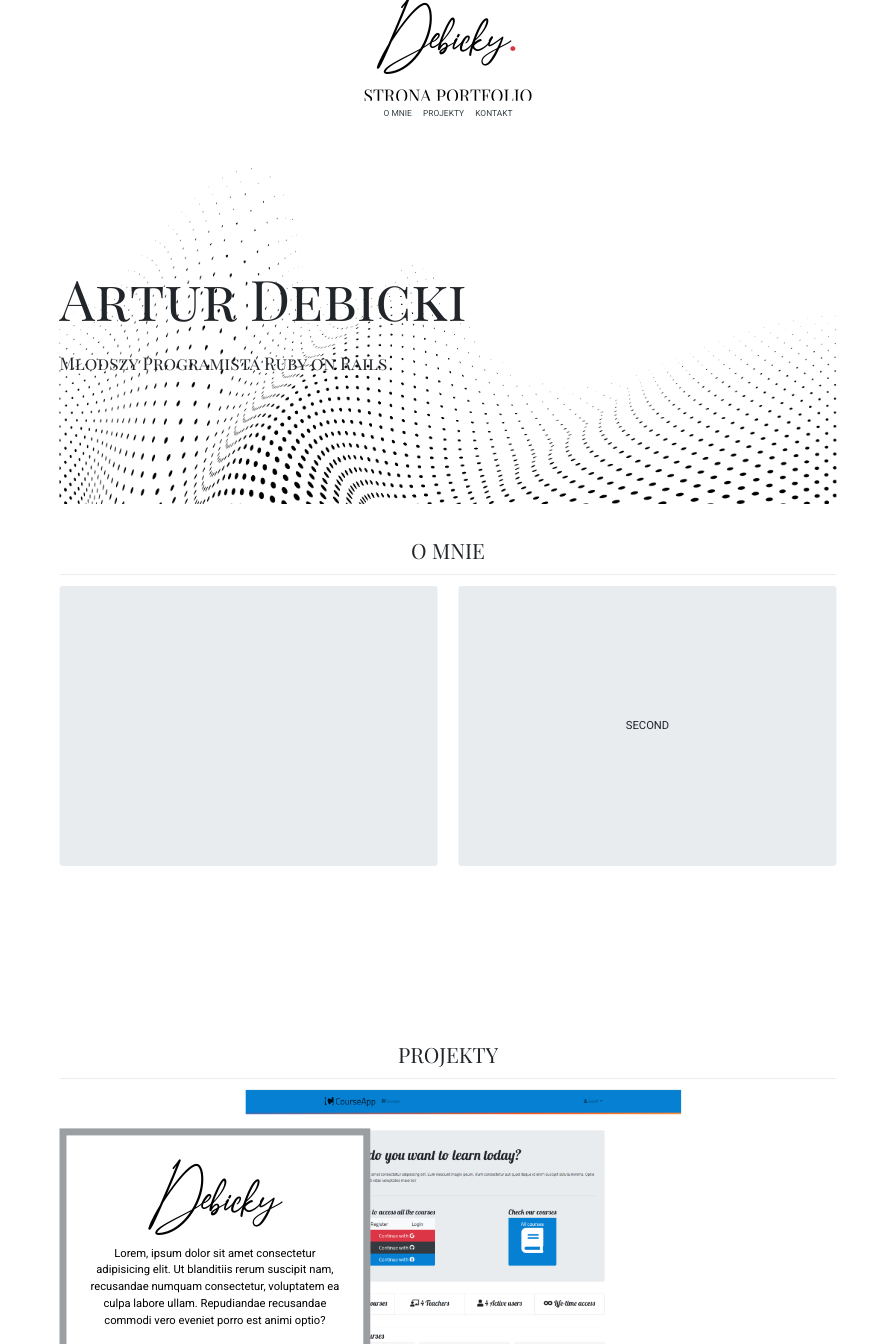
Repository: debicky/debicky.github.io
Page: index.html
These files come from the project's save history. The page is drawn as it stood at one moment and after a run of saves; the edit follows.
The browser window is 1280 px wide. The pictures show the part of the page from y = 0 to 1920 px (the page is 4287 px tall), at 70% of full size.
Some web libraries are served in a nearby version.

Above is the page before, as saved 2020-06-10 16:12:11.

After the next 2 saves:
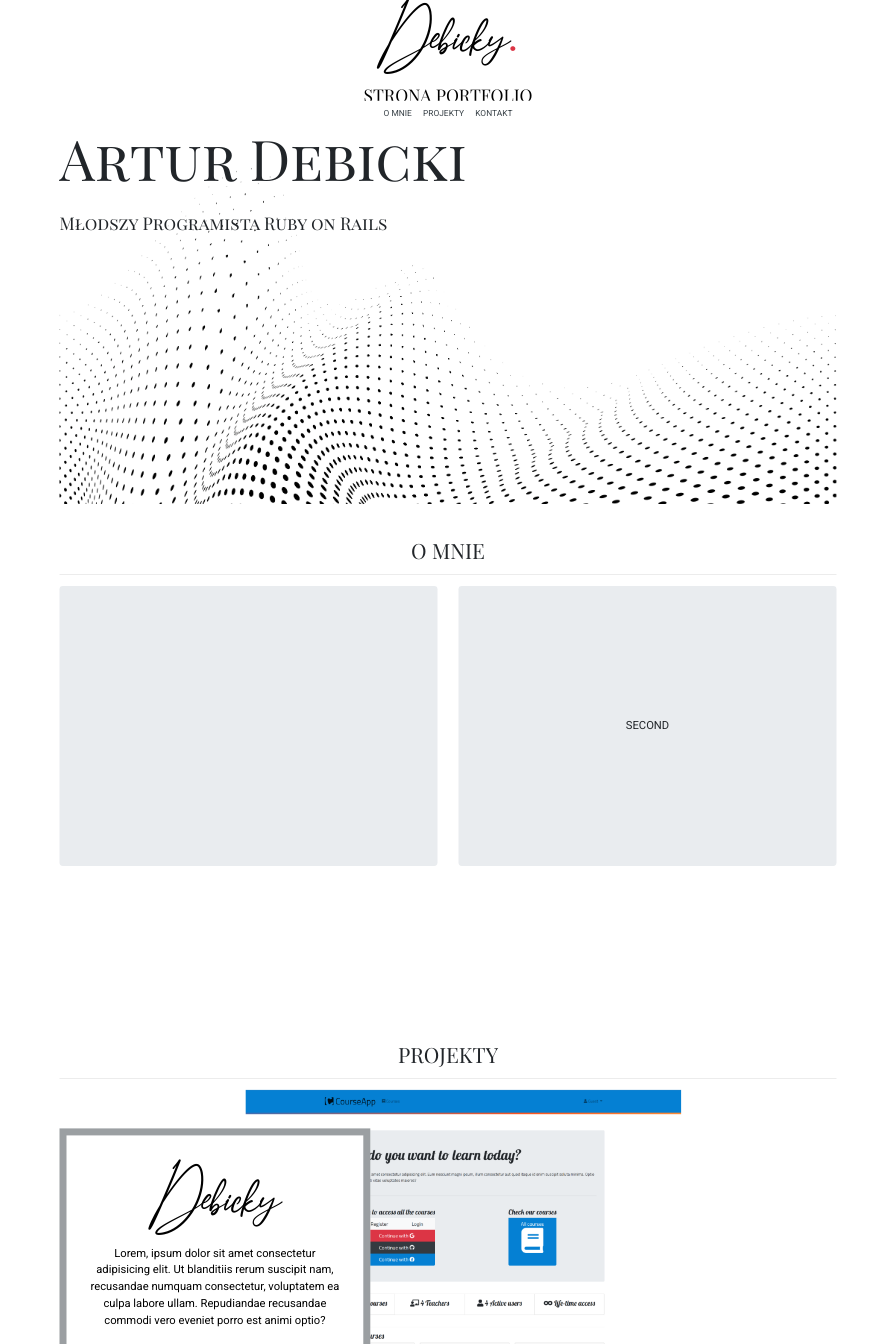
The 2 saves are shown as one change because they came seconds apart.
The last was saved 15 s later.
--- a/styles.css
+++ b/styles.css
@@ -24,7 +24,7 @@ a:hover {
 }
 
 .hero-header{
-  padding-top: 200px;
+  padding: 2rem
   display: flex;
   flex-direction: column;
   align-items: flex-start;
